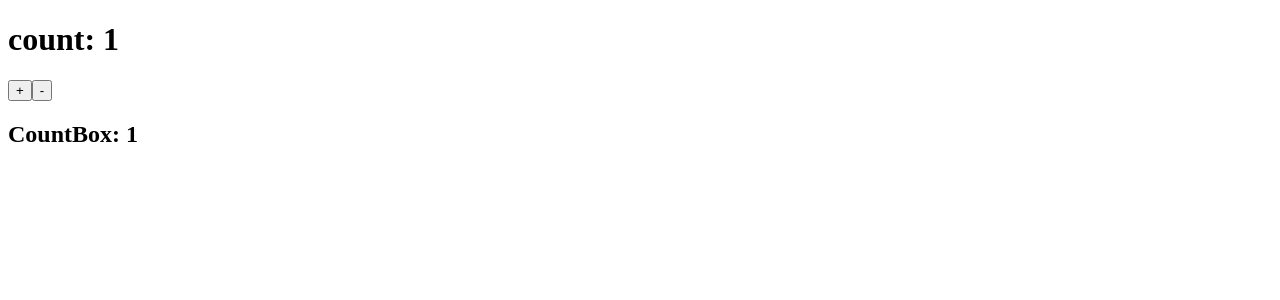
Repository: kkhhjjoo/zustand-counter
Page: /
An editor plug-in stored every save of this project. The page is shown before and after the next save, followed by the edit.
The browser window is 1280 px wide. The pictures show the whole page.
The project was rebuilt for these pictures with package versions that can differ from the ones it lists, and the page was loaded fresh each time. Also part of the build but not shown: vite.config.js, src/index.css.

Above is the page before, as saved 2026-04-04 09:35:42.

After the next save:
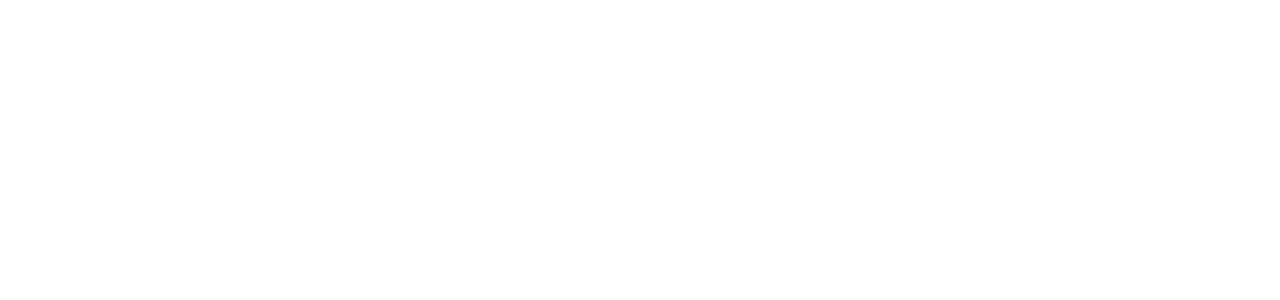
Console error: ReferenceError: increaseBy is not defined
Saved 21 min 46 s later.
--- a/src/App.jsx
+++ b/src/App.jsx
@@ -10,6 +10,7 @@
     <>
       <h1>count: {count}</h1>
       <button onClick={increase}>+</button>
+      <button onClick={increaseBy(20)}>20씩 증가</button>
       <button onClick={decrease}>-</button>
       <CountBox />
     </>

After the save that followed:
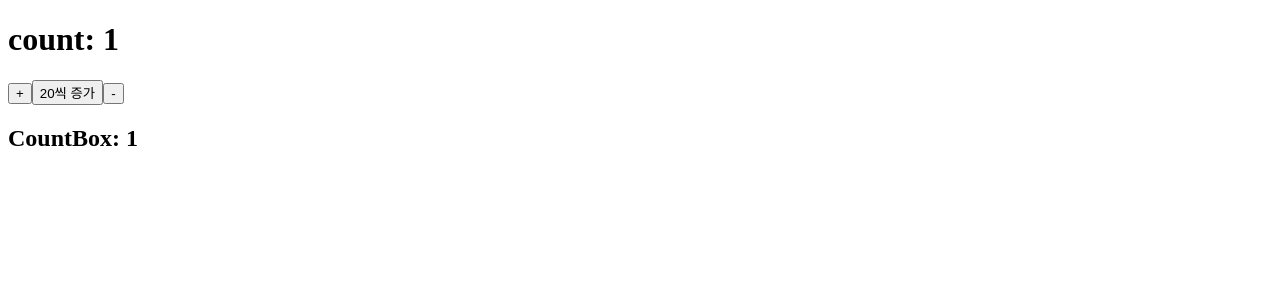
The error is gone.
Saved 9 s later.
--- a/src/App.jsx
+++ b/src/App.jsx
@@ -10,7 +10,7 @@
     <>
       <h1>count: {count}</h1>
       <button onClick={increase}>+</button>
-      <button onClick={increaseBy(20)}>20씩 증가</button>
+      <button onClick={() => increaseBy(20)}>20씩 증가</button>
       <button onClick={decrease}>-</button>
       <CountBox />
     </>
